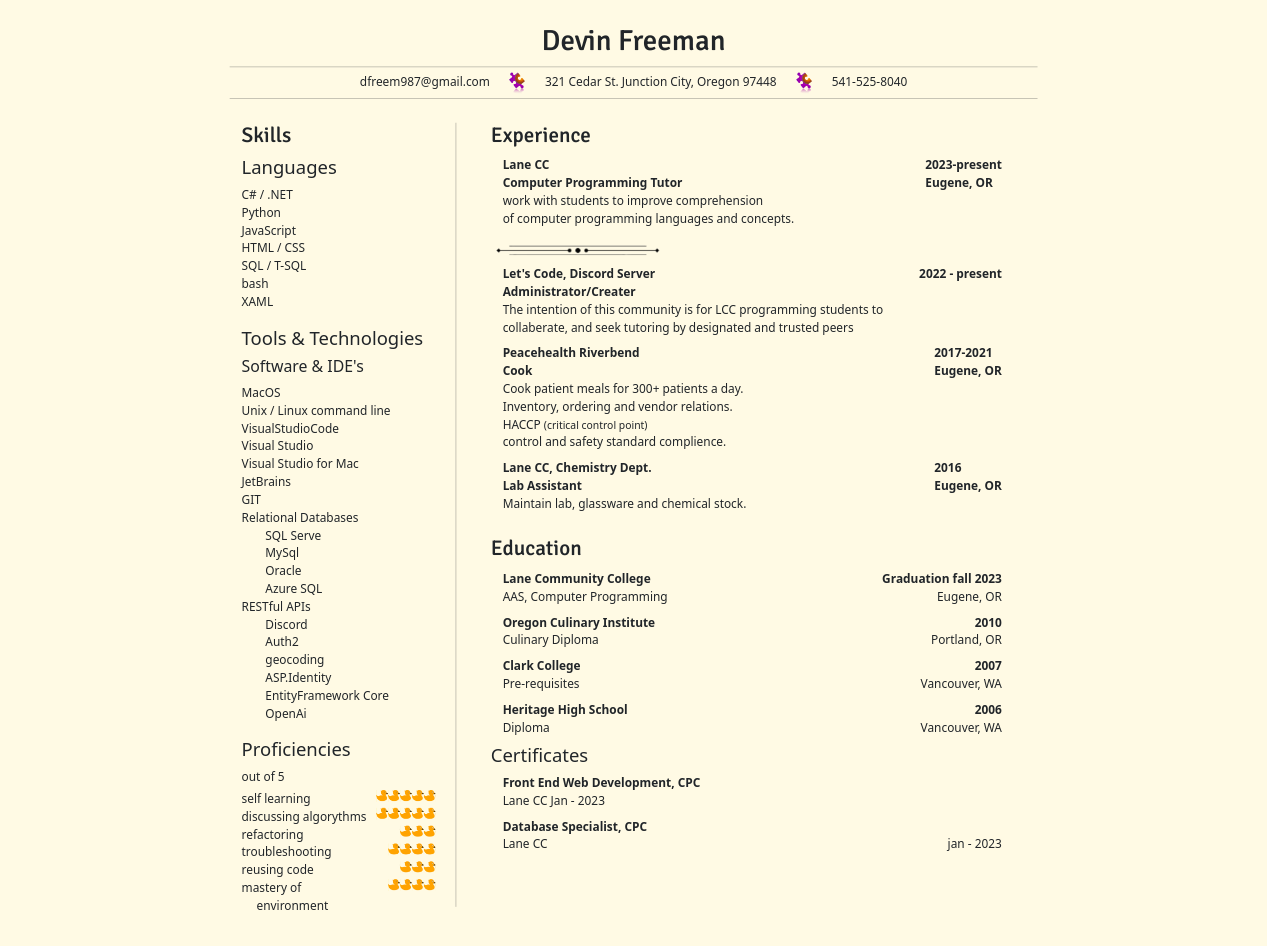
Repository: Dfreem/Resume
Page: index.html
An editor plug-in stored every save of this project. The page is shown before and after the next save, followed by the edit.
The browser window is 1280 px wide. The pictures show the whole page, at 99% of full size.

Above is the page before, as saved 2023-02-13 09:30:41.

After the next save:
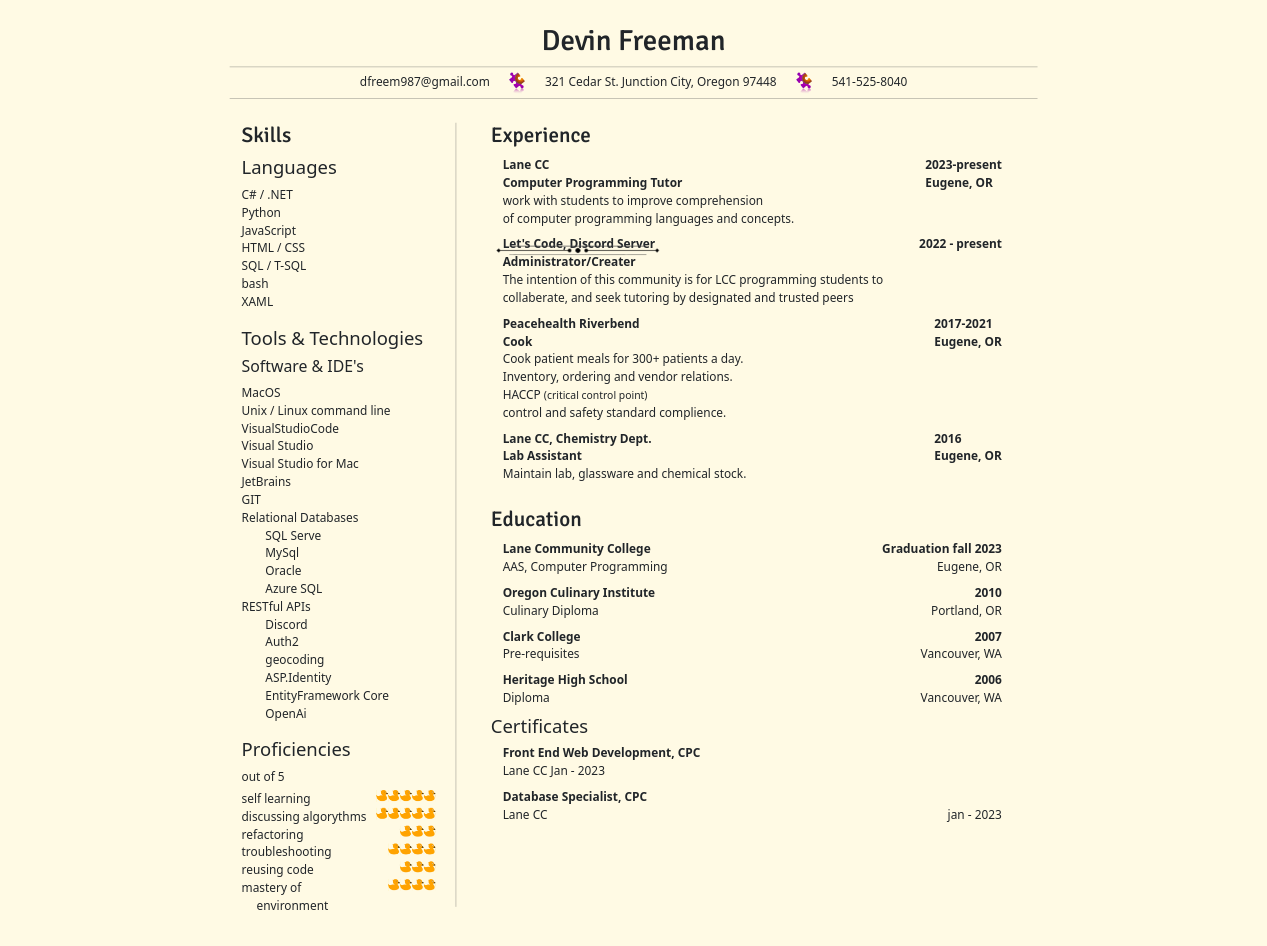
Saved 8 s later.
--- a/resume.css
+++ b/resume.css
@@ -54,8 +54,7 @@
 }
 
 .seperater {
-    position:relative;
-    display: inline-flex;
+    position:absolute;
 }
 
 .education {

After the save that followed:
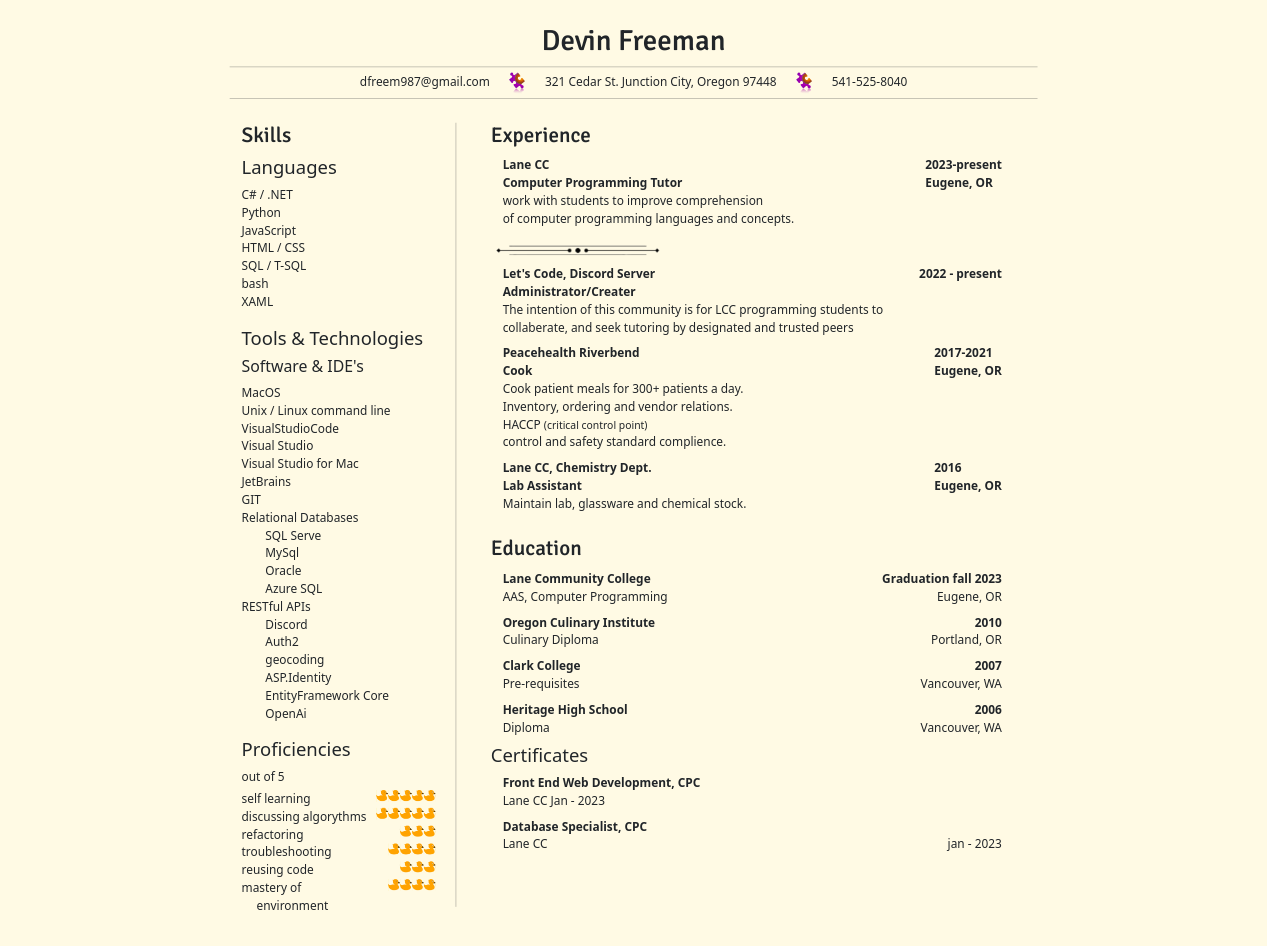
Saved 10 s later.
--- a/resume.css
+++ b/resume.css
@@ -54,7 +54,7 @@
 }
 
 .seperater {
-    position:absolute;
+    position:relative;
 }
 
 .education {
